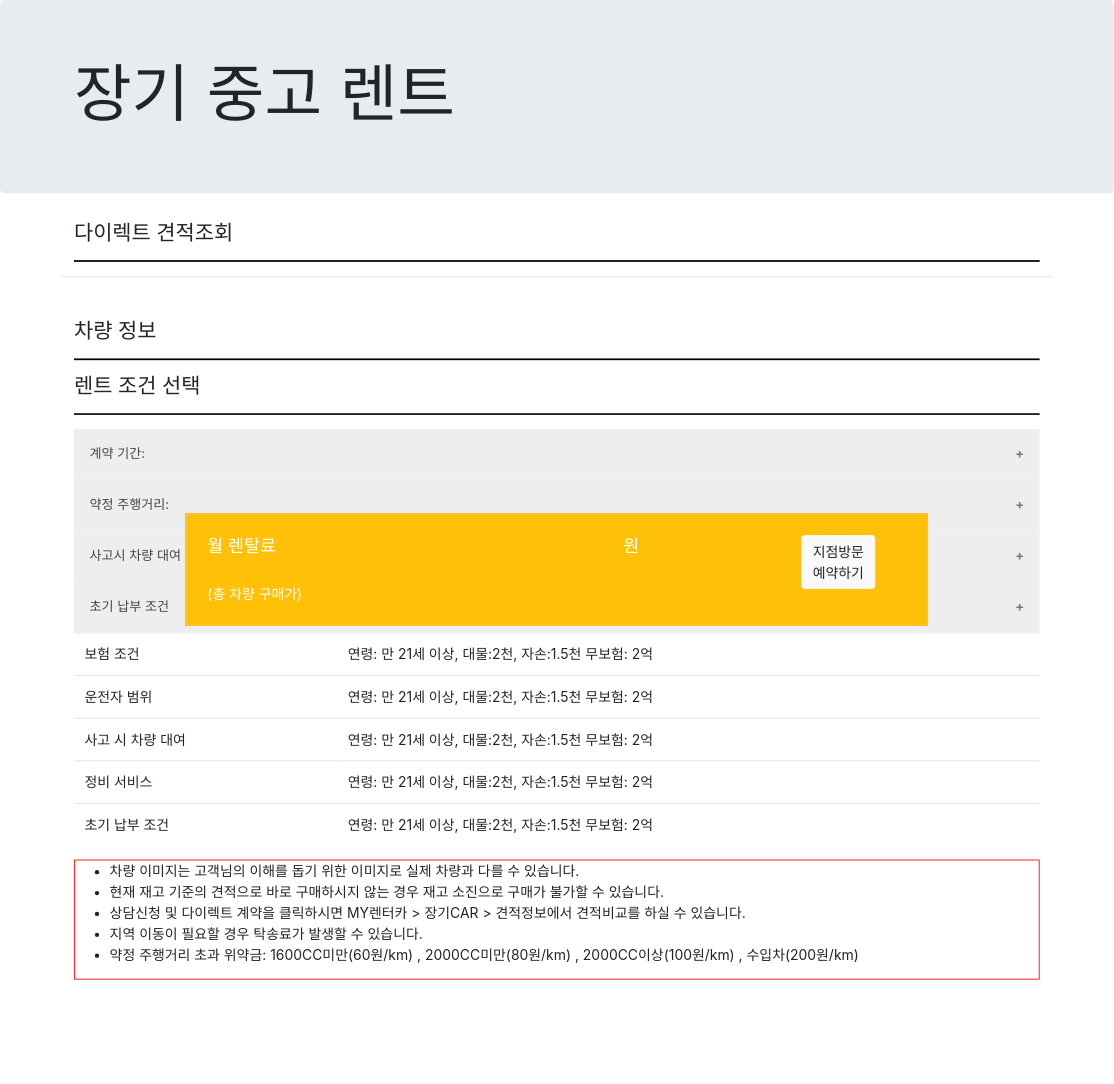
Repository: hyebinkim00/Project
Page: http://localhost/jsp/long_lent_oldcar/carLent.jsp
The author's editor kept a copy of each file at every save. The page is drawn from the files as they stood at one save, then again after the next save.
The browser window is 1280 px wide. The pictures show the whole page, at 87% of full size.
The page is served by Tomcat 9. Other server files are loaded and not shown. Queries for data that is not in the repository find no rows.

Above is the page before, as saved 2020-09-19 02:29:26.

### jsp/WebContent/long_lent_oldcar/carLent.jsp
<%@page import="java.net.URLDecoder"%>
<%@page language="java" contentType="text/html; charset=UTF-8" pageEncoding="UTF-8"%>
<%@taglib prefix="c" uri="http://java.sun.com/jsp/jstl/core" %>
<%@taglib prefix="sql" uri="http://java.sun.com/jsp/jstl/sql"  %>
<% request.setCharacterEncoding("utf-8");
//URLEncoder.encode

String carname=request.getParameter("carname");
/* String carname = new String(request.getParameter("carname").getBytes("8859_1"), "EUC-KR"); */

%>

<!DOCTYPE html>
<html>
<head>
<meta name="viewport" content="width=device-width, initial-scale=1">
<style>
.accordion {
  background-color: #eee;
  color: #444;
  cursor: pointer;
  padding: 18px;
  width: 100%;
  border: none;
  text-align: left;
  outline: none;
  font-size: 15px;
  transition: 0.4s;
}

.active, .accordion:hover {
  background-color: #ccc;
}

.accordion:after {
  content: '\002B';
  color: #777;
  font-weight: bold;
  float: right;
  margin-left: 5px;
}

.active:after {
  content: "\2212";
}

.panel {
  padding: 0 18px;
  background-color: white;
  max-height: 0;
  overflow: hidden;
  transition: max-height 0.2s ease-out;
}

div.f{
border: 1px solid red;}
</style>
 <link rel="stylesheet" href="https://maxcdn.bootstrapcdn.com/bootstrap/4.5.2/css/bootstrap.min.css">
<meta charset="UTF-8" />
<title>장기 중고 상세</title>
<script src="https://code.jquery.com/jquery-3.5.1.min.js"></script>
<script src="https://ajax.googleapis.com/ajax/libs/jquery/3.5.1/jquery.min.js"></script>
</head>  <script src="https://maxcdn.bootstrapcdn.com/bootstrap/4.5.2/js/bootstrap.min.js"></script>
<body>
<script type="text/javascript">

		function checkTest1() {

			let testValue = document.getElementById("cntrTermMm1").value;

			document.getElementById("result1").innerHTML = testValue;

		}
</script>

<script type="text/javascript">

		function checkTest2() {

			let testValue = document.getElementById("cntrTermMm2").value;

			document.getElementById("result2").innerHTML = testValue;

		}
</script>

<script type="text/javascript">

		function checkTest3() {

			let testValue = document.getElementById("cntrTermMm3").value;

			document.getElementById("result3").innerHTML = testValue;

		}
</script>


<script type="text/javascript">

		function checkTest4() {
			let testValue = document.getElementById("cntrTermMm4").value;

			let a = document.getElementById("price").value;

			alert(testValue);

			let d= a-(a* testValue);


			alert(d);

			document.getElementById("mprice").value = d;

			document.getElementById("result4").innerHTML=d+'원';
			let o=document.getElementById("mprice").value;

			alert(o);

		}
</script>

<script>
function go(){
	let form= document.userinput;
	form.submit();

}
</script>



	<div class="jumbotron">
		<div class="container">
			<h1 class="display-3">장기 중고 렌트</h1>
		</div>
	</div>

<div class="container">
<h4>다이렉트 견적조회</h4>
<hr style="border: solid 1px black " />

	<div class="row" style="border: 1px solid #eeeeee">
		<sql:setDataSource var="dataSource"
			url="jdbc:oracle:thin:@localhost:1521:XE"
			driver="oracle.jdbc.driver.OracleDriver"
			user="hr" password="hr"/>
			<sql:query var="resultSet" dataSource="${dataSource}">
			select * from member where id=?
			 <sql:param value="${param.carname}"/>
			</sql:query>
			<c:forEach var="row" items="${resultSet.rows}">
			<div class="col-md-5" style="border-spacing: 5px;">

				<img src="../resources/images/${row.carname}.jpg" style="width: 100%;">
			</div>
			<div class="col-md-1">

			</div>
			<div class="col-md-6">
				<br><br>


				<h3>
				<c:out value="${row.carname}"/>
				</h3>

				<hr>
				<table>
					<tr>
						<td colspan="2"><span><strong>모델명</strong></span></td>
						<td><c:out value="${row.carname}"/></td>
					</tr>
					<tr>
						<td colspan="2"><span><strong>소비자 가</strong></span>  &nbsp; &nbsp; &nbsp;</td>
						<td><c:out value="${row.carprice}"/></td>
					</tr>
					<tr>
						<td colspan="2"><span><strong>계약 기간</strong></span></td>
						<td>최대<c:out value="${row.lent}"/>개월</td>
					</tr>
				</table>
				<hr>
				<p>
					표준렌탈료 &nbsp; &nbsp; &nbsp; <font size="5" color="red"> <c:out value="${row.monthprice }" /></font>원
				</p>

			</div>
			<c:set var="lentt" value="${row.lent}"/>

			</c:forEach>
		</div>



		<div>
		<br><br>
			<h4>차량 정보</h4>
			<hr style="border: solid 1px black " />
			<div>
			<sql:query var="resultSet" dataSource="${dataSource}">
			select * from member where id=?
			 <sql:param value="${param.carname}"/>
			</sql:query>
			<c:forEach var="row" items="${resultSet.rows}">
				<table class="table" id="table">
					<tr>
						<th class="bg-light text-dark">제조사</th>
						<td><c:out value="${row.facname}"></c:out></td>
						<th class="bg-light text-dark">차량번호</th>
						<td><c:out value="${row.id}"></c:out></td>
					</tr>
					<tr>
						<th class="bg-light text-dark">차종</th>
						<td><c:out value="${row.carnum}"></c:out></td>
						<th class="bg-light text-dark">최초 등록일</th>
						<td>2017-10-18</td>
					</tr>
					<tr>
						<th class="bg-light text-dark">모델명</th>
						<td colspan="3"><c:out value="${row.carname}"></c:out></td>
					</tr>
					<tr>
						<th class="bg-light text-dark">제조사차량옵션</th>
						<td colspan="3">4단자동변속기</td>
					</tr>
					<tr>
						<th class="bg-light text-dark" >제조사차량옵션2</th>
						<td colspan="3">-</td>
					</tr>
					<tr>
						<th class="bg-light text-dark">연료</th>
						<td><c:out value="${row.fuel}"/></td>
						<th class="bg-light text-dark">지점</th>
						<td><c:out value="${row.lentoffice}"/></td>
					</tr>

				</table>
				<c:set var="car_price" value="${row.monthprice }"> </c:set>
				<c:set var="car_name" value="${row.carname }"> </c:set>
				<c:set var="lent_office" value="${row.lentoffice }"> </c:set>
				<c:set var="prices" value="${row.carprice }"> </c:set>
				</c:forEach>
			</div>


		</div>

<div>
<h4> 렌트 조건 선택 </h4>
<hr style="border: solid 1px black " />


<form method="post" action="shortTerm_payment_completed.jsp" name="userinput" >

<input type="hidden" id="car" name="car" value="${param.carname}">
<input type="hidden" id="carn" name="carn" value="${car_name}">
<input type="hidden" id="carof" name="carof" value="${lent_office}">

<button type="button" class="accordion">계약 기간: &nbsp;&nbsp;&nbsp;<span id="result1"></span></button>
<div class="panel"><span>차량 운행할수 있는 총 대여기간: &nbsp; &nbsp; &nbsp; &nbsp;</span>
<select name="cntrTermMm1" id="cntrTermMm1" class="option01" onchange="checkTest1()" >
<c:forEach var="i" begin="1" end="${lentt}">
<option value="<c:out value="${i}"/>개월"><c:out value="${i}"/>개월</option>	</c:forEach>

</select>
</div>

<button type="button" class="accordion">약정 주행거리: <span id="result2"></span></button>
<div class="panel"><span>계약기간 총 주행거리 초과 시 위약금 발생  </span>
<select  name="cntrTermMm2" id="cntrTermMm2"  class="option02" onchange="checkTest2()" >
<option value="월 2천 Km이하">월 2천 Km이하</option>
<option value="월 3천 Km이하">월 3천 Km이하</option>
<option value="월 4천 Km이하">월 4천 Km이하</option>
</select>
</div>

<button type="button" class="accordion">사고시 차량 대여  <span id="result3"></span></button>
<div class="panel"><span>사고 발생시 대차 서비스 </span>
<select  name="cntrTermMm3" id="cntrTermMm3"  class="option03" onchange="checkTest3()" >
<option value="yes">포함</option>
<option value="no">불 포함</option>
</select>
</div>

<button type="button" class="accordion">초기 납부 조건 </button>
<div class="panel"><span>보증금을 보증보험으로 대체(보증보험 수수료 발생) </span>
<select  name="cntrTermMm4" id="cntrTermMm4"  class="option04" onchange="checkTest4()" >
<option value="0">보증 보험</option>
<option value="0.05">보증금 5%</option>
<option value="0.1">보증금 10%</option>
<option value="0.2">보증금 20%</option>
</select>

<input type="hidden" id="price" name="price" value="${car_price}">
<input type="hidden" id="mprice" name="mprice">
</div>



</form>

</div>




<table class="table talbe-hover">
<tr><td>보험 조건</td><td>연령: 만 21세 이상, 대물:2천, 자손:1.5천 무보험: 2억</td></tr>
<tr><td>운전자 범위</td><td>연령: 만 21세 이상, 대물:2천, 자손:1.5천 무보험: 2억</td></tr>
<tr><td>사고 시 차량 대여</td><td>연령: 만 21세 이상, 대물:2천, 자손:1.5천 무보험: 2억</td></tr>
<tr><td>정비 서비스</td><td>연령: 만 21세 이상, 대물:2천, 자손:1.5천 무보험: 2억</td></tr>
<tr><td>초기 납부 조건</td><td>연령: 만 21세 이상, 대물:2천, 자손:1.5천 무보험: 2억</td></tr>
</table>

<div class="f">
<ul>
<li>차량 이미지는 고객님의 이해를 돕기 위한 이미지로 실제 차량과 다를 수 있습니다.</li>
<li>현재 재고 기준의 견적으로 바로 구매하시지 않는 경우 재고 소진으로 구매가 불가할 수 있습니다.</li>
<li>상담신청 및 다이렉트 계약을 클릭하시면 <span class="cl-point2">MY렌터카 &gt; 장기CAR &gt; 견적정보</span>에서 견적비교를 하실 수 있습니다.</li>
<li>지역 이동이 필요할 경우 탁송료가 발생할 수 있습니다.</li>
<li>약정 주행거리 초과 위약금: 1600CC미만(60원/km) , 2000CC미만(80원/km) , 2000CC이상(100원/km) , 수입차(200원/km)</li>
</ul>

</div>




</div>



 <br><br><br><br><br>
<div class="container col-sm-8 fixed-bottom "  style="border:1px solid orange;">

  <div class="row d-flex p-3 bg-warning text-white ">
    <div class="col-sm-4 p-2 bg-warning"><h5>월 렌탈료</h5><br>(총 차량 구매가)</div>
    <div class="col-sm-3 p-2 bg-warning"><br></div>
    <div class="col-sm-2 p-2 bg-warning"><h5><span id="result4"><c:out value="${car_price}" />원</span><br><c:out value="${prices}" /></h5></div>
    <div class="col-sm-1 p-2 bg-warning"><br></div>
    <div class="col-sm-2 p-2 bg-warning"><button class="btn btn-light" onclick="go()">지점방문<br>예약하기</button></div>
  </div>


  <c:remove var="car_price"/>
<c:remove var="lentt"/>
<c:remove var="car_name"/>
<c:remove var="lent_office"/>
</div>






<script>
var acc = document.getElementsByClassName("accordion");
var i;

for (i = 0; i < acc.length; i++) {
  acc[i].addEventListener("click", function() {
    this.classList.toggle("active");
    var panel = this.nextElementSibling;
    if (panel.style.maxHeight) {
      panel.style.maxHeight = null;
    } else {
      panel.style.maxHeight = panel.scrollHeight + "px";
    }
  });
}
</script>

</body>
</html>

After the next save:
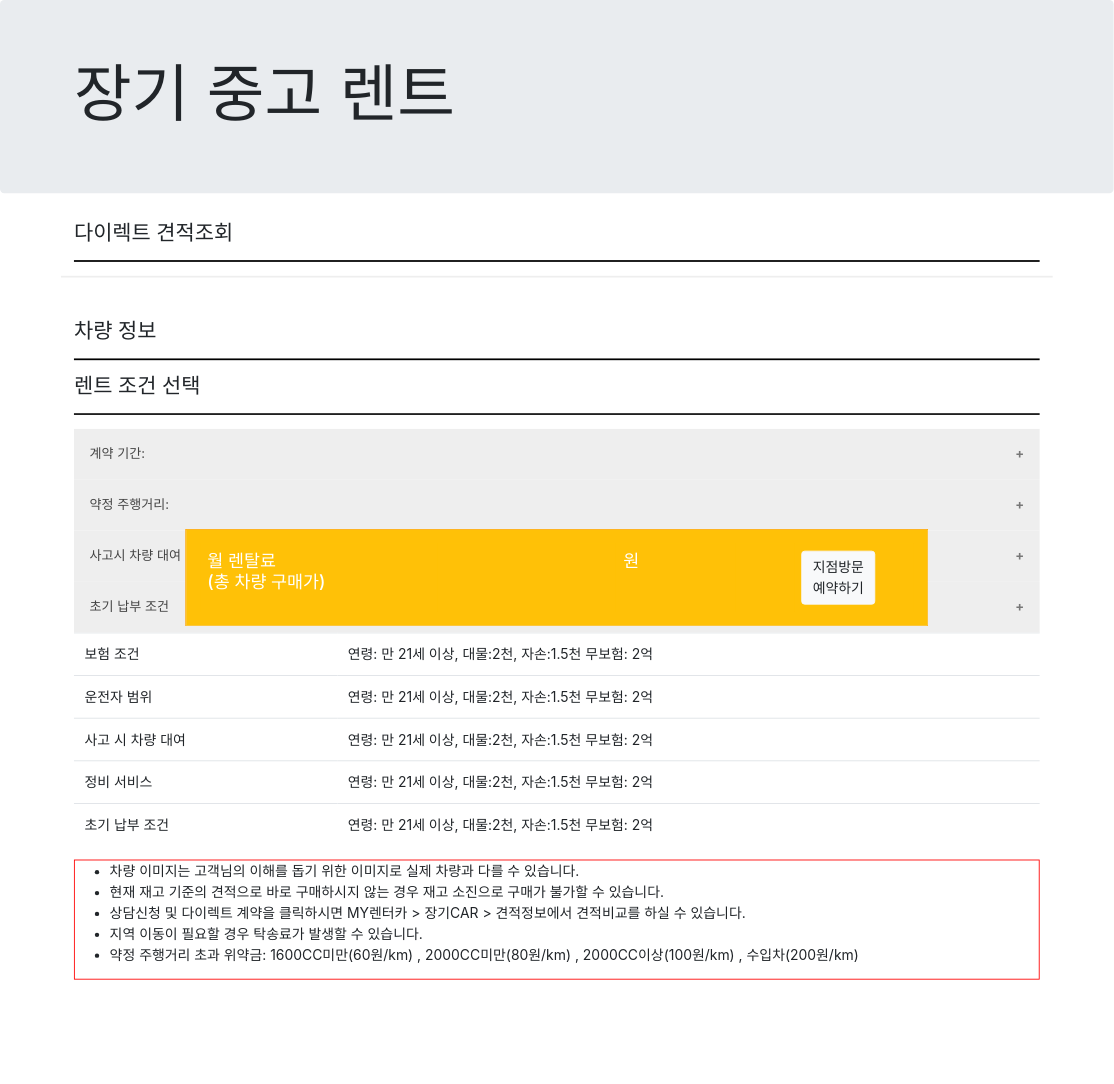
Saved 12 h 3 min later.
--- a/jsp/WebContent/long_lent_oldcar/carLent.jsp
+++ b/jsp/WebContent/long_lent_oldcar/carLent.jsp
@@ -335,7 +335,7 @@ function go(){
 <div class="container col-sm-8 fixed-bottom "  style="border:1px solid orange;">
 
   <div class="row d-flex p-3 bg-warning text-white ">
-    <div class="col-sm-4 p-2 bg-warning"><h5>월 렌탈료</h5><br>(총 차량 구매가)</div>
+    <div class="col-sm-4 p-2 bg-warning"><h5>월 렌탈료<br>(총 차량 구매가)</h5></div>
     <div class="col-sm-3 p-2 bg-warning"><br></div>
     <div class="col-sm-2 p-2 bg-warning"><h5><span id="result4"><c:out value="${car_price}" />원</span><br><c:out value="${prices}" /></h5></div>
     <div class="col-sm-1 p-2 bg-warning"><br></div>
